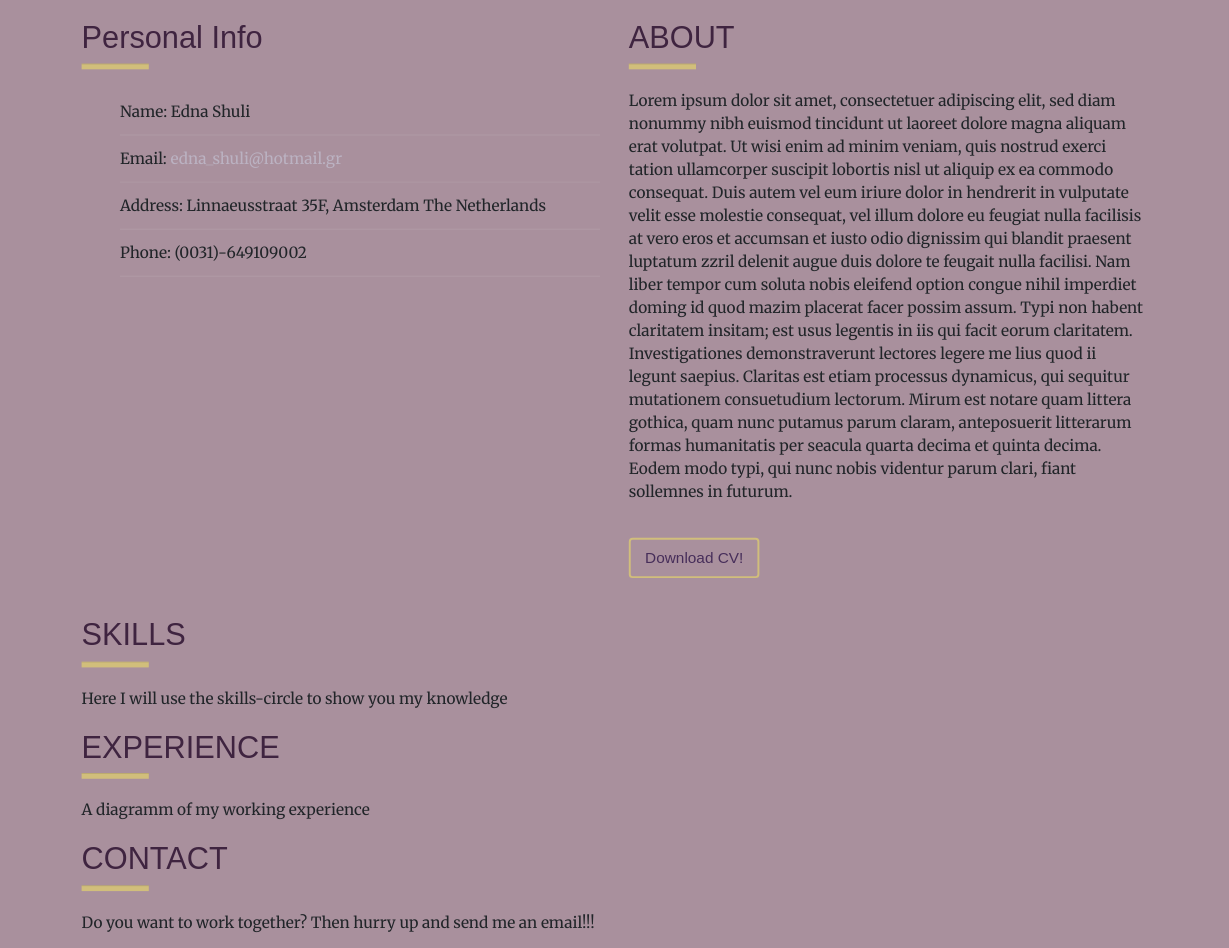
Repository: edshuli/Portfolio
Page: index.html
The author's editor kept a record of every edit. The page is drawn from the files as they stood at one moment, then again after the next edit.
The browser window is 1280 px wide. The pictures show the part of the page from y = 720 to 1708 px (the page is 1708 px tall), at 96% of full size.
Backgrounds fixed to the window are drawn as part of the page. Some web fonts or font styles are not loaded; a fallback is used.

Above is the page before.

After the next edit:
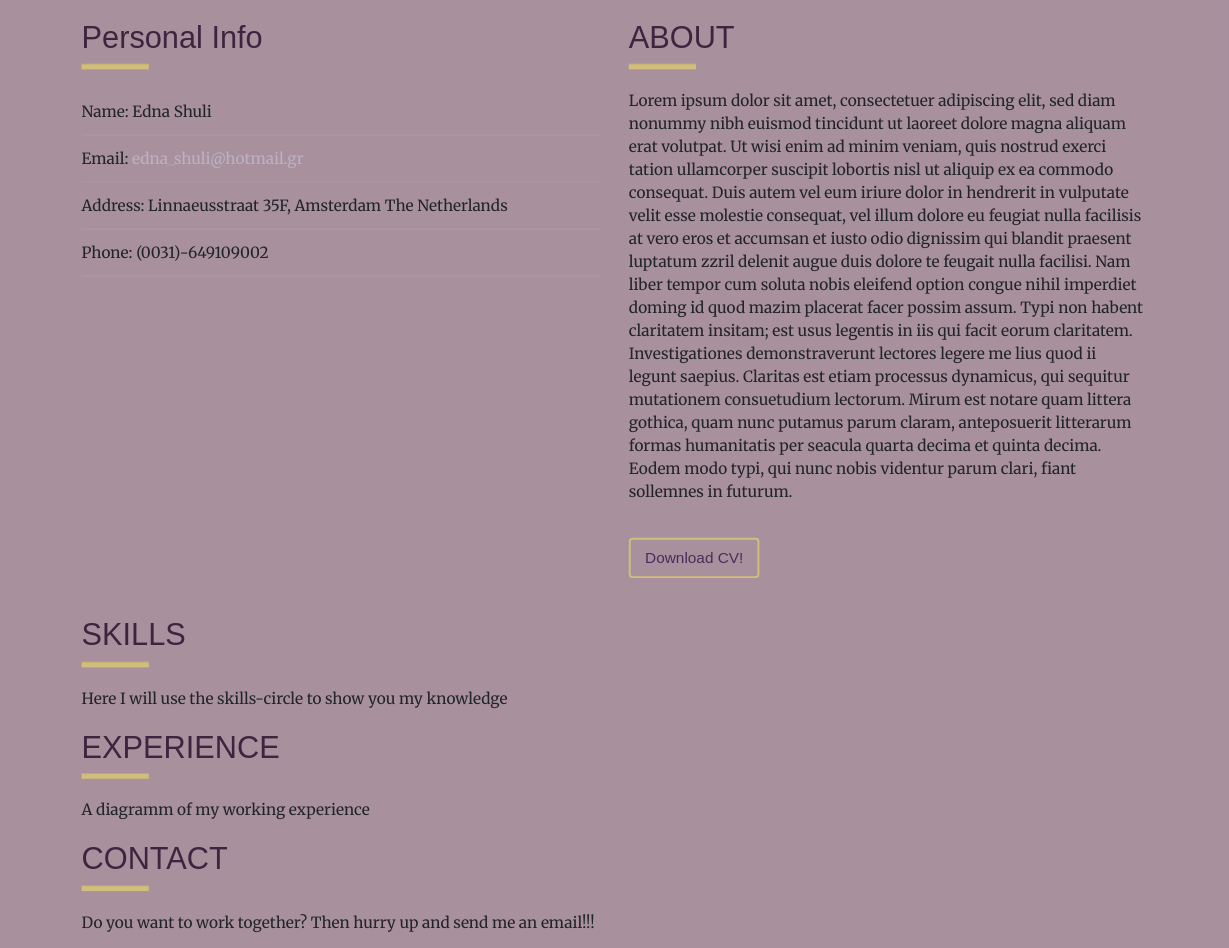
The edit:
--- a/assets/css/style.css
+++ b/assets/css/style.css
@@ -151,6 +151,10 @@
     color: #bbb2c2;
     text-decoration: none;
 }
+
+ul{
+    padding:0;
+}
 .personal-info ul li {
     border-bottom: 1px solid rgba(235, 235, 235, 0.1);
     padding: 12px 0;
